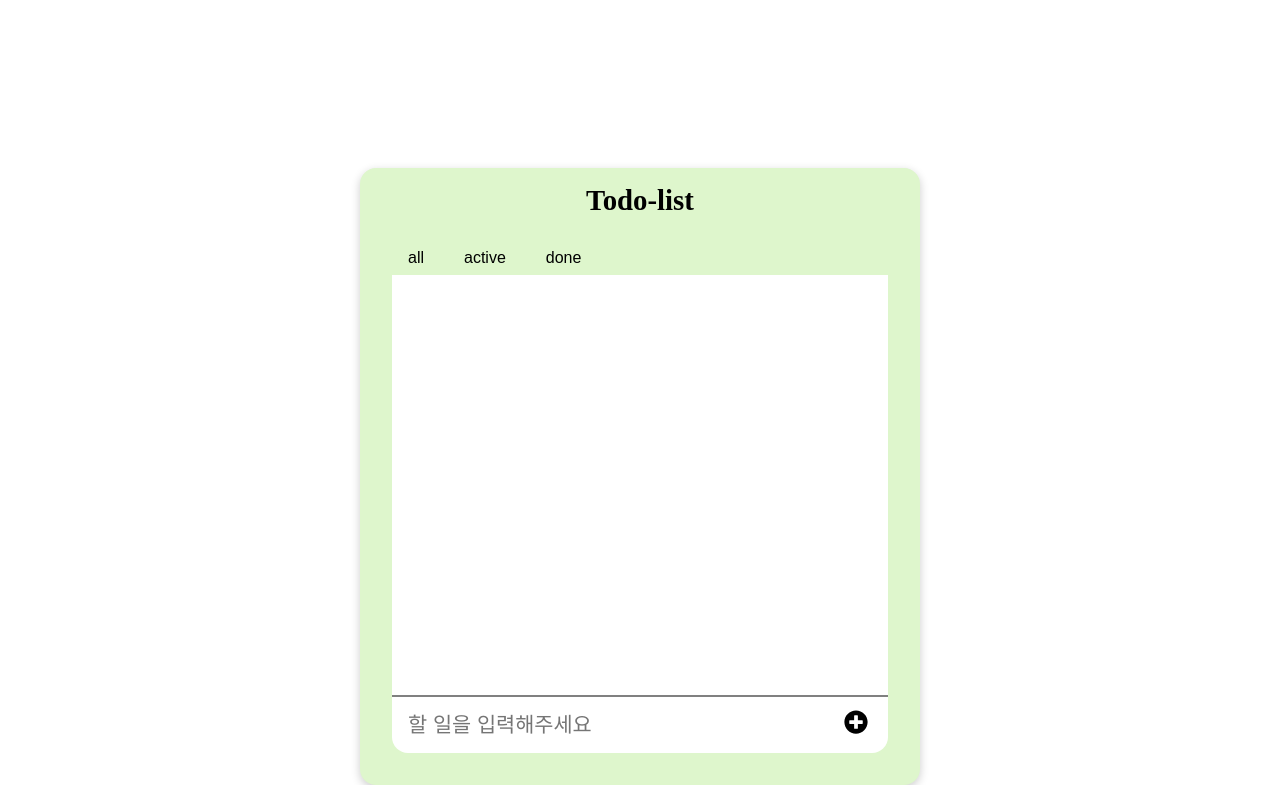
Repository: Yugayoung/todoList
Page: /
An editor plug-in stored every save of this project. The page is shown before and after the next save, followed by the edit.
The browser window is 1280 px wide. The pictures show the whole page.
Some web fonts or font styles are not loaded; a fallback is used. The project was rebuilt for these pictures with package versions that can differ from the ones it lists, and the page was loaded fresh each time. Also part of the build but not shown: src/App.css, src/components/Todo.jsx.

Above is the page before, as saved 2024-03-26 19:12:27.

### src/index.css
@font-face {
  font-family: 'IM_Hyemin-Bold';
  src: url('./fonts/IM_Hyemin-Regular.otf') format('opentype');
  font-weight: normal;
  font-style: normal;
}

body {
  margin: 0;
  font-family: 'IM_Hyemin-Bold';
  -webkit-font-smoothing: antialiased;
  -moz-osx-font-smoothing: grayscale;
  width: 100vw;
  height: 100vh;
  display: flex;
  justify-content: center;
  align-items: center;
  font-size: 1.2rem;
}

code {
  font-family: source-code-pro, Menlo, Monaco, Consolas, 'Courier New',
    monospace;
}
#root {
  width: 100%;
  height: 60%;
  max-width: 35rem;
}

### src/App.js
import './App.css';
import TodoList from './pages/TodoList';
import Header from './components/Header';
import { styled } from 'styled-components';
import { useState } from 'react';

const TodoListSection = styled.section`
  background-color: #def6cc;
  border-radius: 1rem;
  box-shadow: 0 3px 10px rgb(0, 0, 0, 0.2);
  padding: 0rem 2rem;
`;

const filters = ['all', 'active', 'done'];

function App() {
  const [filter, setFilter] = useState(filters[0]);
  return (
    <TodoListSection>
      <Header filters={filters} filter={filter} onChange={setFilter} />
      <TodoList filter={filter} />
    </TodoListSection>
  );
}

export default App;

### src/pages/TodoList.jsx
import React, { useEffect, useState } from 'react';
import styled from 'styled-components';
import AddTodo from '../components/AddTodo';
import Todo from '../components/Todo';

const TodoUl = styled.ul`
  background-color: white;
  margin: 0rem;
  height: 400px;
  padding: 10px 1px;
  flex: 1 1 auto;
  overflow-y: auto;
`;

function readTodos() {
  const todos = localStorage.getItem('todos');
  return todos ? JSON.parse(todos) : [];
}

export default function TodoList({ filter }) {
  const [todos, setTodos] = useState(() => readTodos());
  const handleAdd = (todo) => {
    console.log(todo);
    setTodos([...todos, todo]);
  };
  const handleDelete = (deleted) => {
    setTodos(todos.filter((t) => t.id !== deleted.id));
    console.log('delete');
  };

  const handleUpdate = (updated) =>
    setTodos(todos.map((t) => (t.id === updated.id ? updated : t)));
  useEffect(() => {
    localStorage.setItem('todos', JSON.stringify(todos));
  }, [todos]);
  const filtered = getFilteredItems(todos, filter);
  return (
    <section>
      {/* TodoList */}
      <TodoUl>
        {filtered.map((item) => (
          <Todo
            key={item.id}
            todo={item}
            onDelete={handleDelete}
            onUpdate={handleUpdate}
          />
        ))}
      </TodoUl>

      {/* 할일 입력 */}
      <AddTodo onAdd={handleAdd} />
    </section>
  );
}

function getFilteredItems(todos, filter) {
  if (filter === 'all') {
    return todos;
  }

  return todos.filter((todo) => todo.status === filter);
}

### src/components/Header.jsx
import { styled } from 'styled-components';

const Title = styled.h2`
  text-align: center;
  font-weight: bold;
  padding: 1rem 0rem 0rem 0rem;
`;

const TapBtn = styled.button`
  background-color: transparent;
  border: none;
  margin-right: 0.5rem;
  padding: 0.5rem 1rem;
  font-size: 1rem;
  &:hover {
    color: #fd6cfd;
  }
  &:active {
    background-color: white;
    border-radius: 1rem 1rem 0rem 0rem;
    font-weight: bold;
  }
`;

const FilterUl = styled.ul`
  display: flex;
  margin: 0rem;
  padding: 0rem;
`;
const FilterLi = styled.li`
  list-style: none;
`;

export default function Header({ filters, filter, onChange }) {
  return (
    <header>
      <Title>Todo-list</Title>
      {/* 할일 state */}
      <FilterUl>
        {filters.map((value, index) => (
          <FilterLi key={index}>
            <TapBtn onClick={() => onChange(value)}>{value}</TapBtn>
          </FilterLi>
        ))}
      </FilterUl>
    </header>
  );
}

### src/components/AddTodo.jsx
import React, { useState } from 'react';
import { FaPlusCircle } from 'react-icons/fa';
import styled from 'styled-components';
import { v4 as uuidv4 } from 'uuid';

const InputForm = styled.form`
  background-color: transparent;

  padding-bottom: 2rem;
  width: 100%;
  display: flex;
`;
const Input = styled.input`
  flex: 1 0 auto;
  font-size: 1.3rem;
  border: none;
  border-top: 2px solid gray;
  border-radius: 0rem 0rem 0rem 1rem;
  padding: 1rem;
`;

const AddBtn = styled.button`
  background-color: white;
  border: none;
  font-size: 1.5rem;
  padding: 2px 4px;
  border-top: 2px solid gray;
  width: 4rem;
  border-radius: 0rem 0rem 1rem 0rem;
  &:hover {
    color: red;
  }
`;
export default function AddTodo({ onAdd }) {
  const [text, setText] = useState('');
  const handleSubmit = (e) => {
    e.preventDefault();
    if (text.trim().length === 0) {
      return;
    }
    onAdd({ id: uuidv4(), text, status: 'active' });
    setText('');
  };
  const handleChange = (e) => setText(e.target.value);
  return (
    <InputForm onSubmit={handleSubmit}>
      <Input
        type='text'
        placeholder='할 일을 입력해주세요'
        value={text}
        onChange={handleChange}
      />
      <AddBtn>
        <FaPlusCircle />
      </AddBtn>
    </InputForm>
  );
}

Loaded but not shown: public/index.html (common file); src/index.js (common file); src/reportWebVitals.js (common file)

After the next save:
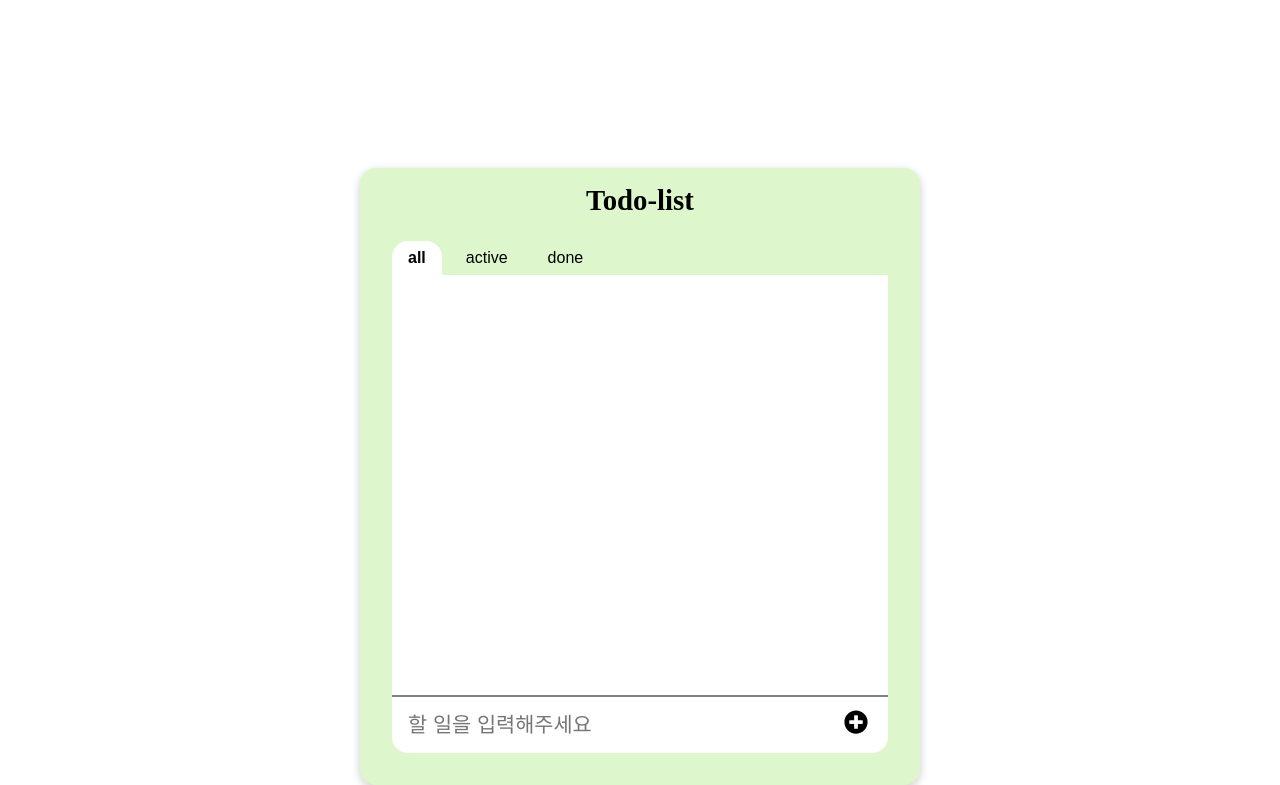
Saved 2 min 23 s later.
--- a/src/components/Header.jsx
+++ b/src/components/Header.jsx
@@ -16,6 +16,11 @@
     color: #fd6cfd;
   }
   &:active {
+    background-color: white;
+    border-radius: 1rem 1rem 0rem 0rem;
+    font-weight: bold;
+  }
+  &.active {
     background-color: white;
     border-radius: 1rem 1rem 0rem 0rem;
     font-weight: bold;
@@ -39,7 +44,12 @@
       <FilterUl>
         {filters.map((value, index) => (
           <FilterLi key={index}>
-            <TapBtn onClick={() => onChange(value)}>{value}</TapBtn>
+            <TapBtn
+              onClick={() => onChange(value)}
+              className={filter === value ? 'active' : ''}
+            >
+              {value}
+            </TapBtn>
           </FilterLi>
         ))}
       </FilterUl>

After the save that followed:
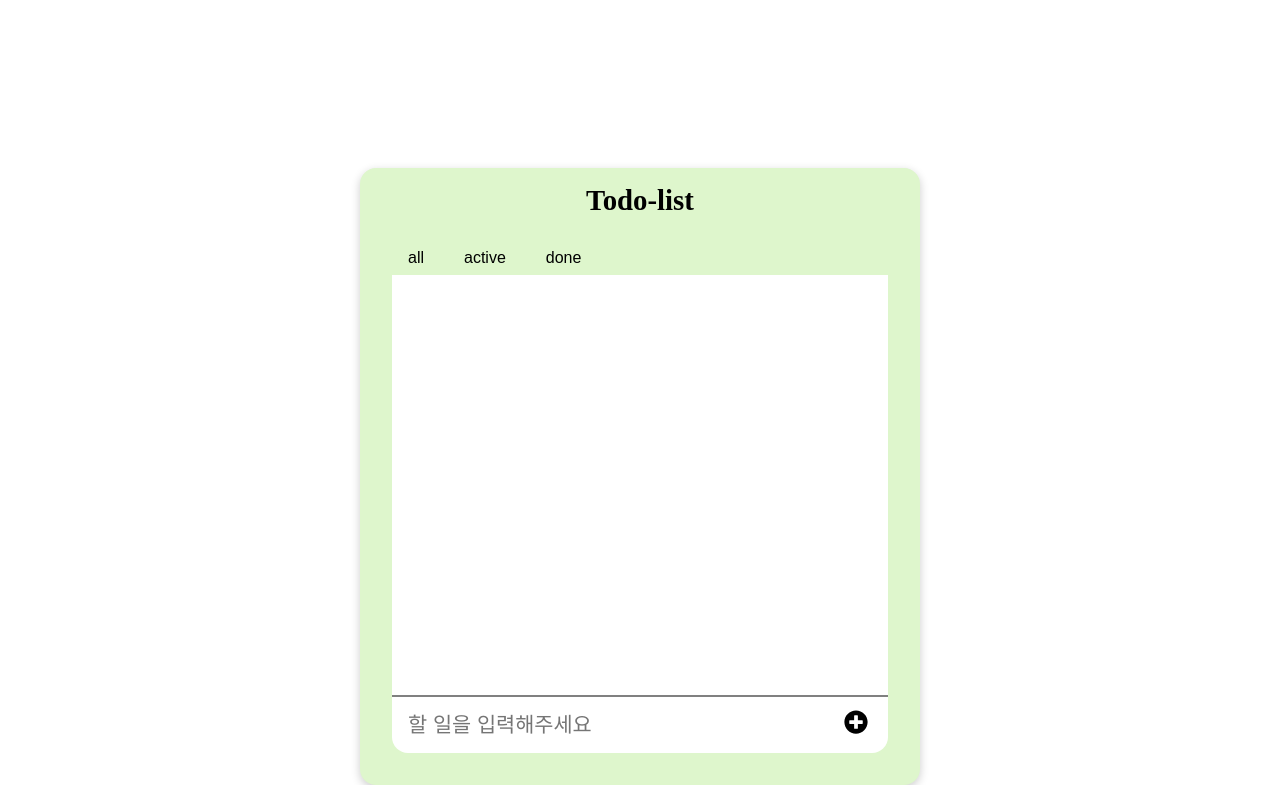
Saved 27 s later.
--- a/src/components/Header.jsx
+++ b/src/components/Header.jsx
@@ -20,7 +20,8 @@
     border-radius: 1rem 1rem 0rem 0rem;
     font-weight: bold;
   }
-  &.active {
+  &.after {
+    color: #fd6cfd;
     background-color: white;
     border-radius: 1rem 1rem 0rem 0rem;
     font-weight: bold;
